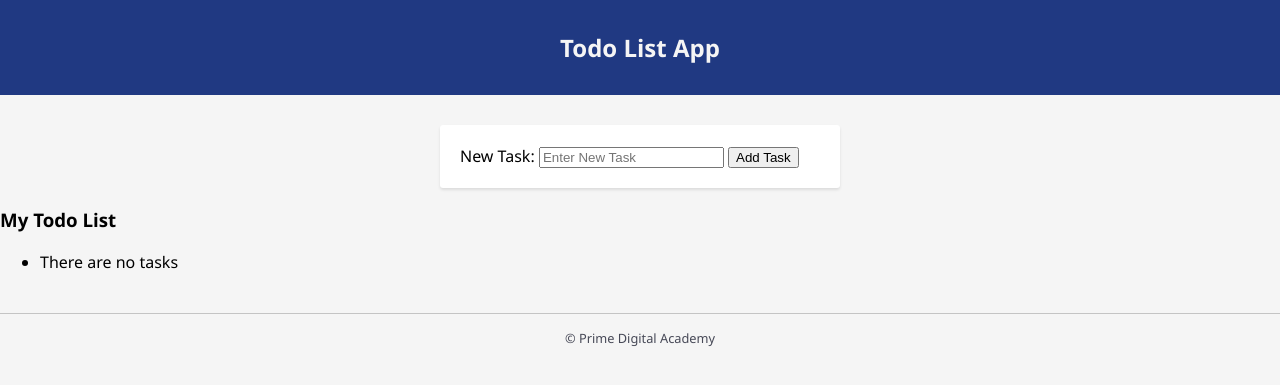
Repository: ryanmgregory/ursus-todo-list
Page: index.html
An editor plug-in stored every save of this project. The page is shown before and after the next save, followed by the edit.
The browser window is 1280 px wide. The pictures show the whole page.

Above is the page before, as saved 2020-03-19 22:50:36.

### index.html
<!DOCTYPE html>
<html lang="en">
  <head>
    <meta charset="UTF-8" />
    <meta name="viewport" content="width=device-width, initial-scale=1.0" />
    <link rel="stylesheet" href="style.css" />
    <script src="jquery-3.4.1.min.js" type="text/javascript"></script>
    <script src="javascript.js" type="text/javascript"></script>

    <title>Todo List</title>
  </head>
  <body>
    <header class="appBar">
      <h1 class="appBar-title">Todo List App</h1>
    </header>
    <!-- ASSIGNMENT CONTENT GOES BELOW HERE -->

    <!--Input field with "New Task" label.  "Add Task" BTN.  -->
    <div class="panel">
      <form class="js-form-add">
        <label>New Task:</label>
        <input class="js-input-task" type="text" placeholder="Enter New Task" />
        <button class="js-btn-add" type="submit">Add Task</button>
      </form>
    </div>

    <!-- h3 "My To Do List"  -->
    <h3>My Todo List</h3>
    <!-- <UL> <OL single item: "There are no tasks in it"/>  -->
    <ul class="js-unordered-list">
      <li class="js-single-item-list">
        There are no tasks
      </li>
    </ul>

    <footer class="footer">
      &copy; Prime Digital Academy
    </footer>
  </body>
</html>

### style.css
/* ----------------------------------------
** Element Resets
** ---------------------------------------- */

html,
body {
  margin: 0;
  height: 100%;
  background-color: #f5f5f5;
  font-family: 'Segoe UI', Tahoma, Geneva, Verdana, sans-serif;
}

/* ----------------------------------------
** Footer
** ---------------------------------------- */

.footer {
  margin: 40px 0 0;
  padding: 15px 20px;
  border-top: 1px solid rgb(0,0,0, 0.2);
  color: #474957;
  text-align: center;
  font-size: 0.8rem;
}

/* ----------------------------------------
** App Bar
** ---------------------------------------- */

.appBar {
  margin: 0 0 30px;
  padding: 15px 20px;
  background-color: #203982;
  color: #f5f5f5;
  text-align: center;
}

.appBar-title {
  font-size: 1.5rem;
}

/* ----------------------------------------
** Panel
** - wrapping element meant to give the look
**   of a raised box
** ---------------------------------------- */

.panel {
  margin: 0 auto;
  padding: 20px;
  max-width: 90%;
  width: 400px;
  box-sizing: border-box;
  background-color: #ffffff;
  border-radius: 3px;
  box-shadow: 0 2px 3px rgb(0,0,0, 0.1);
}

.panel + .panel {
  margin-top: 20px;
}

/* ----------------------------------------
** Button
** - interactive element for clickable buttons
** ---------------------------------------- */

.btn {
  padding: 12px 18px;
  box-sizing: border-box;
  border-radius: 6px;
  background: #274bb6;
  border-width: 0;
  border-bottom: 1px solid #102461;
  color: #f5f5f5;
  text-align: center;
  font-size: 1.1rem;
  text-transform: uppercase;
  cursor: pointer;
}

.btn:hover {
  background-color: #102461;
}

.btn:disabled {
  border-width: 0;
  background-color: #b2b6d3;
  cursor: not-allowed;
}

.btn_fullWidth {
  width: 100%;
}

/* ----------------------------------------
** Form Fields
** - styling for both standard input and label
** ---------------------------------------- */

.fieldLabel {
  display: block;
  margin: 0 0 10px;
}

.field {
  margin: 0 0 20px;
  padding: 10px;
  width: 100%;
  box-sizing: border-box;
  border-radius: 6px;
  border: 1px solid #474957;
  font-size: 1.2rem;
}

/* ----------------------------------------
** Stacked List
** - meant for the element wrapping a list
**   of items
** ---------------------------------------- */

.stackedList {
  margin: 0;
  padding: 0;
  list-style: none;
}

.stackedList > * {
  display: flex;
  justify-content: space-between;
  align-items: center;
  padding: 10px;
  width: 100%;
  box-sizing: border-box;
}

.stackedList > * + * {
  border-top: 1px solid #75788d;
}

/* ----------------------------------------
** Actions and State
** - utility classes to alter a visual
** ---------------------------------------- */

.isComplete {
  background-color: #a8f0d4;
}

### javascript.js
$(document).ready(init);
// create addTask ready on page load
const todoArray = [];

function init() {
  $(".js-form-add").on("click", ".js-btn-add", addTask);
  $(".js-unordered-list").on("click", ".js-btn-complete", toggleBtn);
}

const taskObject = {
  taskName: $(".js-input-task").val(),
  complete: false
};
// addTask function to receive task (as object) into array
// create object with name (string) & complete (boolean)
// added prevent default event to stop the page from reloading

function addTask(event) {
  event.preventDefault();
  console.log("in addTask");

  const taskObject = {
    taskName: $(".js-input-task").val(),
    complete: false
  };
  todoArray.push(taskObject);
  console.log("to do array:", todoArray);
  emptyField();
  render();
}

// empty input field after addTask
function emptyField() {
  $(".js-input-task").val("");
}

// Display object from array on <ul> on DOM
// empty array before each push
function render() {
  $(".js-unordered-list").empty();
  for (let i = 0; i < todoArray.length; i++) {
    const individualTask = todoArray[i];
    $(".js-unordered-list").append(`
        <div>
        <li>${individualTask.taskName} <button class="js-btn-complete">COMPLETE</button>  </li>
        <div>
        `);
  }
}

// btn click event to change value of object to true

function toggleBtn() {
  $(this.value === false);
}

//   console.log("in ToGgLe!!!");
//   if (($(this.parent()) = false)) {
//     console.log("its false");
//   }
//   if (($(this.parent()) = true)) {
//     console.log("its true");
//   }
// }

//   for (let i = 0; i < todoArray.length; i++) {
//     const individualTask = todoArray[i];
//     $(this).toggle($({.complete} = true));
//   }

// // console.log("todoArray:", todoArray);

// function toggleBtn() {
//   console.log("in ToGgLe!!!");
//   console.log("todoArray:", todoArray);
//   for (let i = 0; i < todoArray.length; i++) {
//     const individualTask = todoArray[i];
//     $(".js-unordered-list").append(`
//   <div>
//   <button class="js-btn-complete"${(individualTask.complete = true)}>COMPLETE</button>  </li>
//   <div>
//   `);
//   }
// }

Loaded but not shown: jquery-3.4.1.min.js (library)

After the next save:
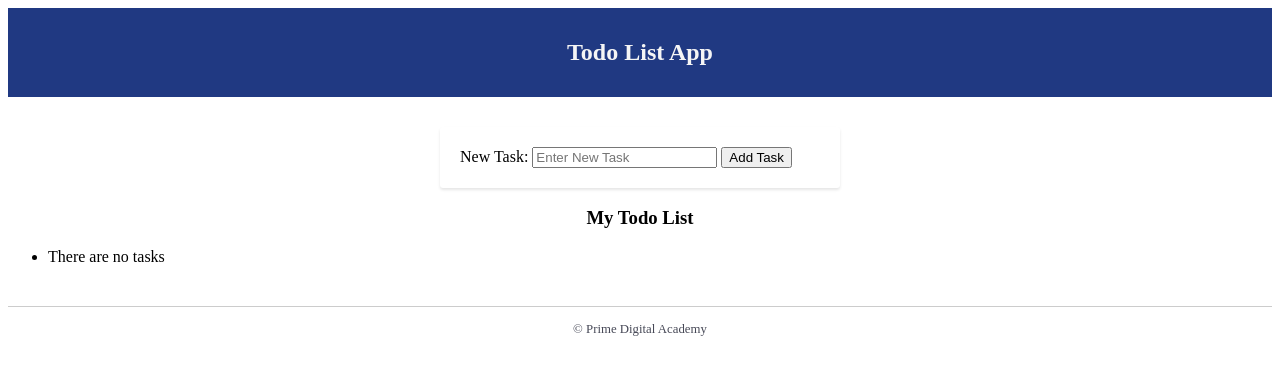
Saved 103 s later.
--- a/style.css
+++ b/style.css
@@ -2,6 +2,10 @@
 ** Element Resets
 ** ---------------------------------------- */
 
+h3{
+  text-align: center;
+}
+}
 html,
 body {
   margin: 0;
